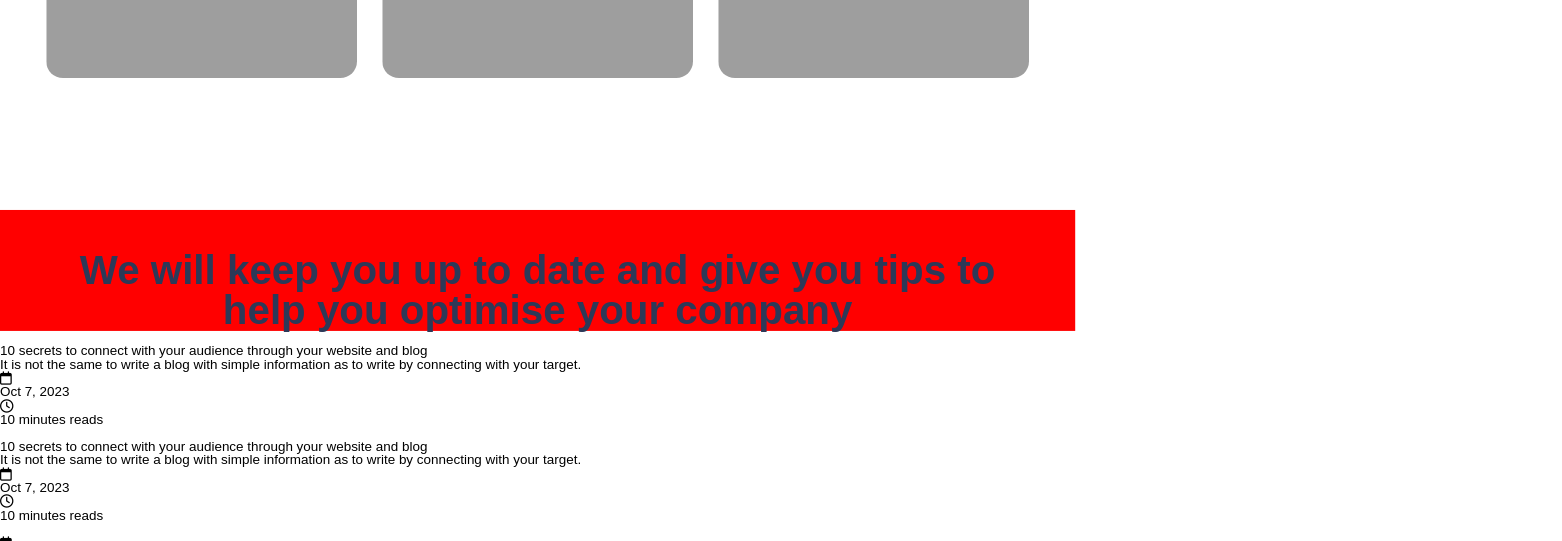
Repository: 0584386177/Clone
Page: src/page/pr.html
These files come from the project's save history. The page is drawn as it stood at one moment and after the next save; the edit follows.
The browser window is 1280 px wide. The page is 1860 px wide, so the pictures cover 1860 px, including what lies to the right of the window. The pictures show the part of the page from y = 3169 to 3813 px (the page is 4037 px tall before and 4285 px after), at 84% of full size.
Pictures or frames that could not be fetched are drawn as grey boxes. The style sheet was rebuilt from its Sass, Less or Tailwind sources for each picture, by a compiler version that may differ from the author's.

Above is the page before, as saved 2023-10-09 11:15:31.

After the next save:
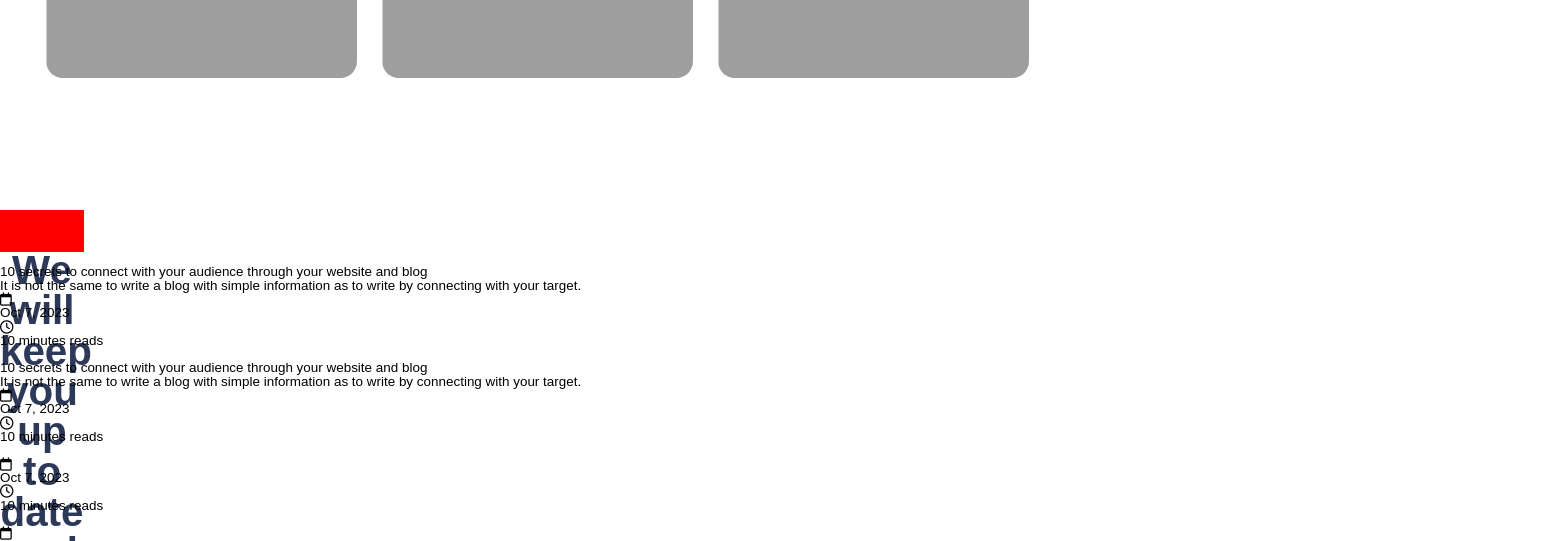
Saved 21 s later.
--- a/src/sass/HOME/post.scss
+++ b/src/sass/HOME/post.scss
@@ -7,6 +7,8 @@
 }
 
 .post--header{
+    width: 100px;
+    height: 50px;
     color: $primary--color;
     background-color: red;
     text-align:center;
